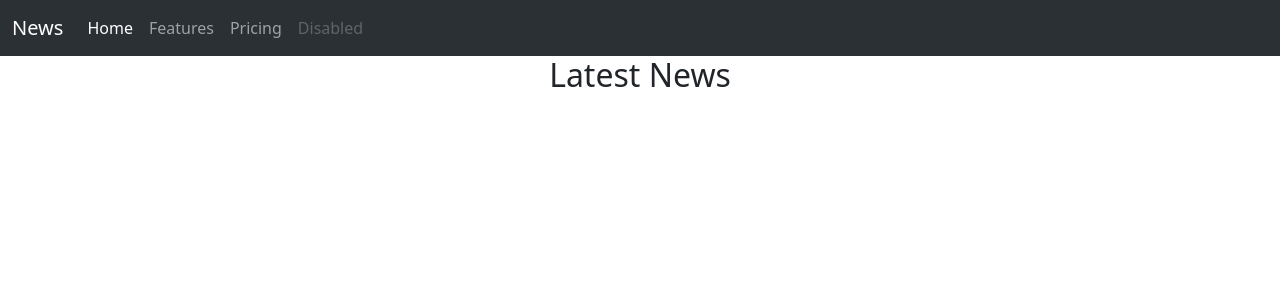
Repository: sshaiv/News_app
Page: /
An editor plug-in stored every save of this project. The page is shown before and after a run of saves, followed by the edit.
The browser window is 1280 px wide. The pictures show the whole page.
The project was rebuilt for these pictures with package versions that can differ from the ones it lists, and the page was loaded fresh each time. Also part of the build but not shown: vite.config.js, src/index.css.

Above is the page before, as saved 2024-07-14 20:08:09.

### index.html
<!doctype html>
<html lang="en">
  <head>
    <meta charset="UTF-8" />

    <meta name="viewport" content="width=device-width, initial-scale=1.0" />
    <title>News Mag</title>
    <link href="https://cdn.jsdelivr.net/npm/bootstrap@5.3.3/dist/css/bootstrap.min.css" rel="stylesheet" integrity="sha384-QWTKZyjpPEjISv5WaRU9OFeRpok6YctnYmDr5pNlyT2bRjXh0JMhjY6hW+ALEwIH" crossorigin="anonymous">
  </head>
  <body>
    <div id="root"></div>
    <script type="module" src="/src/main.jsx"></script>
    <script src="https://cdn.jsdelivr.net/npm/bootstrap@5.3.3/dist/js/bootstrap.bundle.min.js" integrity="sha384-YvpcrYf0tY3lHB60NNkmXc5s9fDVZLESaAA55NDzOxhy9GkcIdslK1eN7N6jIeHz" crossorigin="anonymous"></script>
  </body>
</html>

### src/App.jsx
// import React from 'react'
import Navbar from "./Components/Navbar"
import NewsBoard from "./Components/NewsBoard"
const App = () => {
  return (
    <div>
    <Navbar/>
    <NewsBoard/>


    </div>
  )
}

export default App

### src/Components/Navbar.jsx


const Navbar = () => {
  return (
    <div>
      <nav className="navbar navbar-expand-lg bg-body-tertiary" data-bs-theme="dark">
  <div className="container-fluid">
    <a className="navbar-brand" href="#"> <span className="">News</span> </a>
    <button className="navbar-toggler" type="button" data-bs-toggle="collapse" data-bs-target="#navbarNav" aria-controls="navbarNav" aria-expanded="false" aria-label="Toggle navigation">
      <span className="navbar-toggler-icon"></span>
    </button>
    <div className="collapse navbar-collapse" id="navbarNav">
      <ul className="navbar-nav">
        <li className="nav-item">
          <a className="nav-link active" aria-current="page" href="#">Home</a>
        </li>
        <li className="nav-item">
          <a className="nav-link" href="#">Features</a>
        </li>
        <li className="nav-item">
          <a className="nav-link" href="#">Pricing</a>
        </li>
        <li className="nav-item">
          <a className="nav-link disabled" aria-disabled="true">Disabled</a>
        </li>
      </ul>
    </div>
  </div>
</nav>
    </div>
  )
}

export default Navbar

### src/Components/NewsBoard.jsx

const NewsBoard = () => {
  return (
    <div>
      <h2 className="text-center">Latest <span className="">News</span> </h2>
    </div>
  )
}

export default NewsBoard

Loaded but not shown: src/main.jsx (common file)

After the next 2 saves:
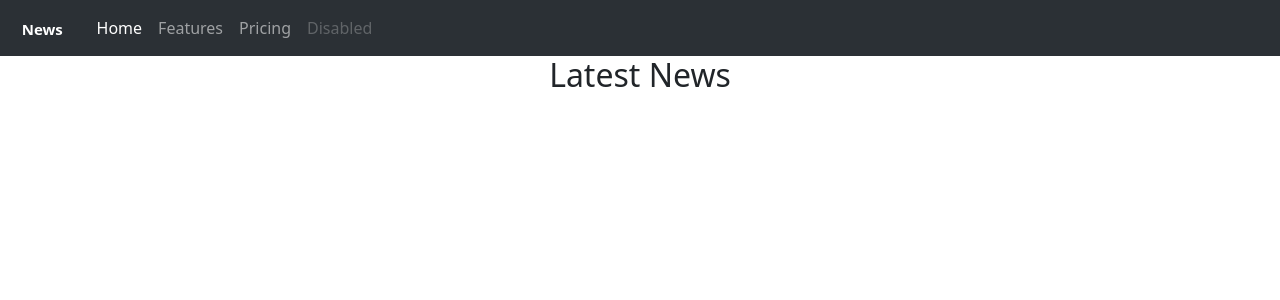
The 2 saves are shown as one change because they came seconds apart.
The last was saved 8 s later.
--- a/src/Components/Navbar.jsx
+++ b/src/Components/Navbar.jsx
@@ -5,7 +5,7 @@ const Navbar = () => {
     <div>
       <nav className="navbar navbar-expand-lg bg-body-tertiary" data-bs-theme="dark">
   <div className="container-fluid">
-    <a className="navbar-brand" href="#"> <span className="">News</span> </a>
+    <a className="navbar-brand" href="#"> <span className="badge bg">News</span> </a>
     <button className="navbar-toggler" type="button" data-bs-toggle="collapse" data-bs-target="#navbarNav" aria-controls="navbarNav" aria-expanded="false" aria-label="Toggle navigation">
       <span className="navbar-toggler-icon"></span>
     </button>
